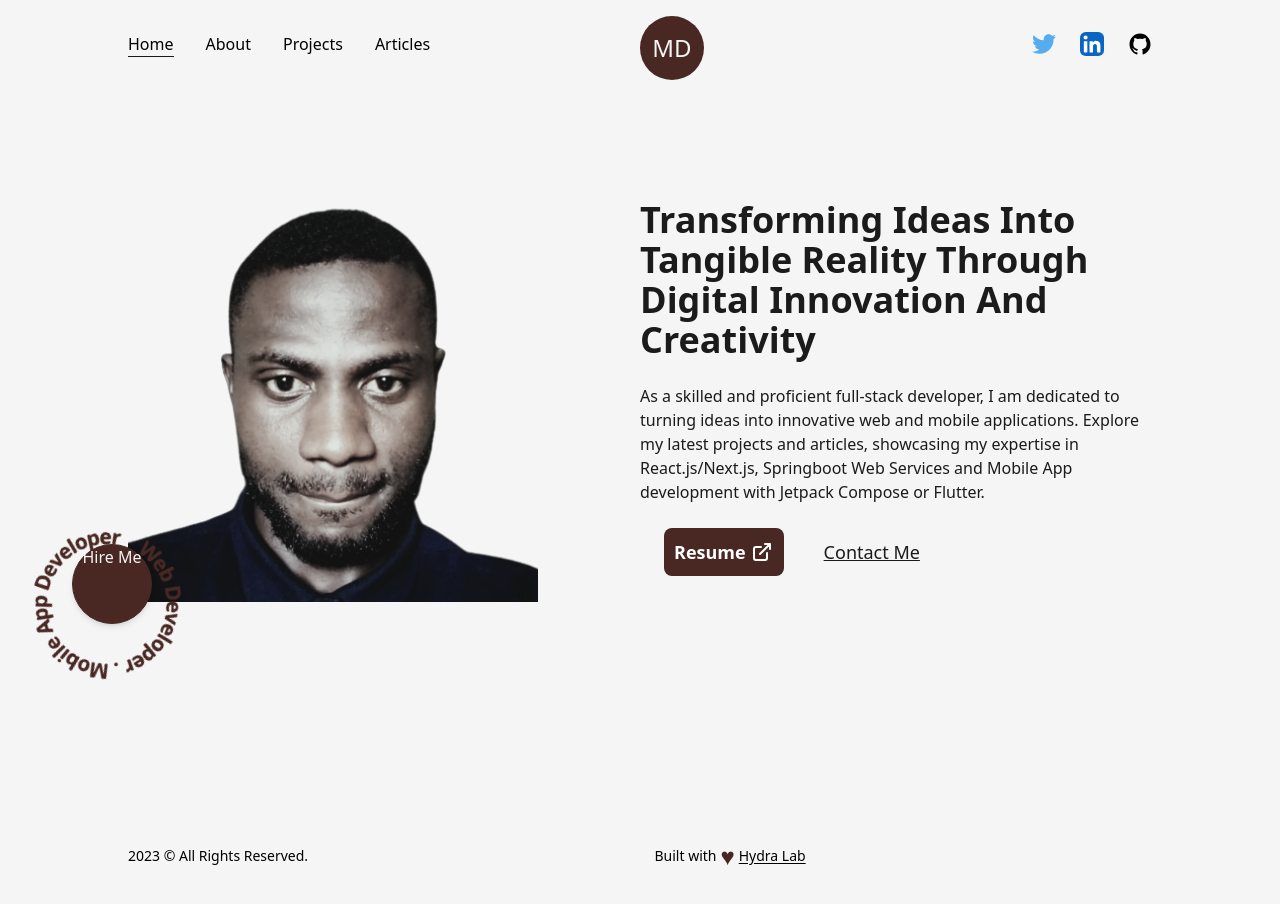
Repository: marcusdashe/situs
Page: /
The author's editor kept a copy of each file at every save. The page is drawn from the files as they stood at one save, then again after the next save.
The browser window is 1280 px wide. The pictures show the whole page.
The project was rebuilt for these pictures with package versions that can differ from the ones it lists, and the page was loaded fresh each time. The framework's server and built-in components were replaced by stand-ins that run in the browser.

Above is the page before, as saved 2023-06-16 18:28:49.

After the next save:
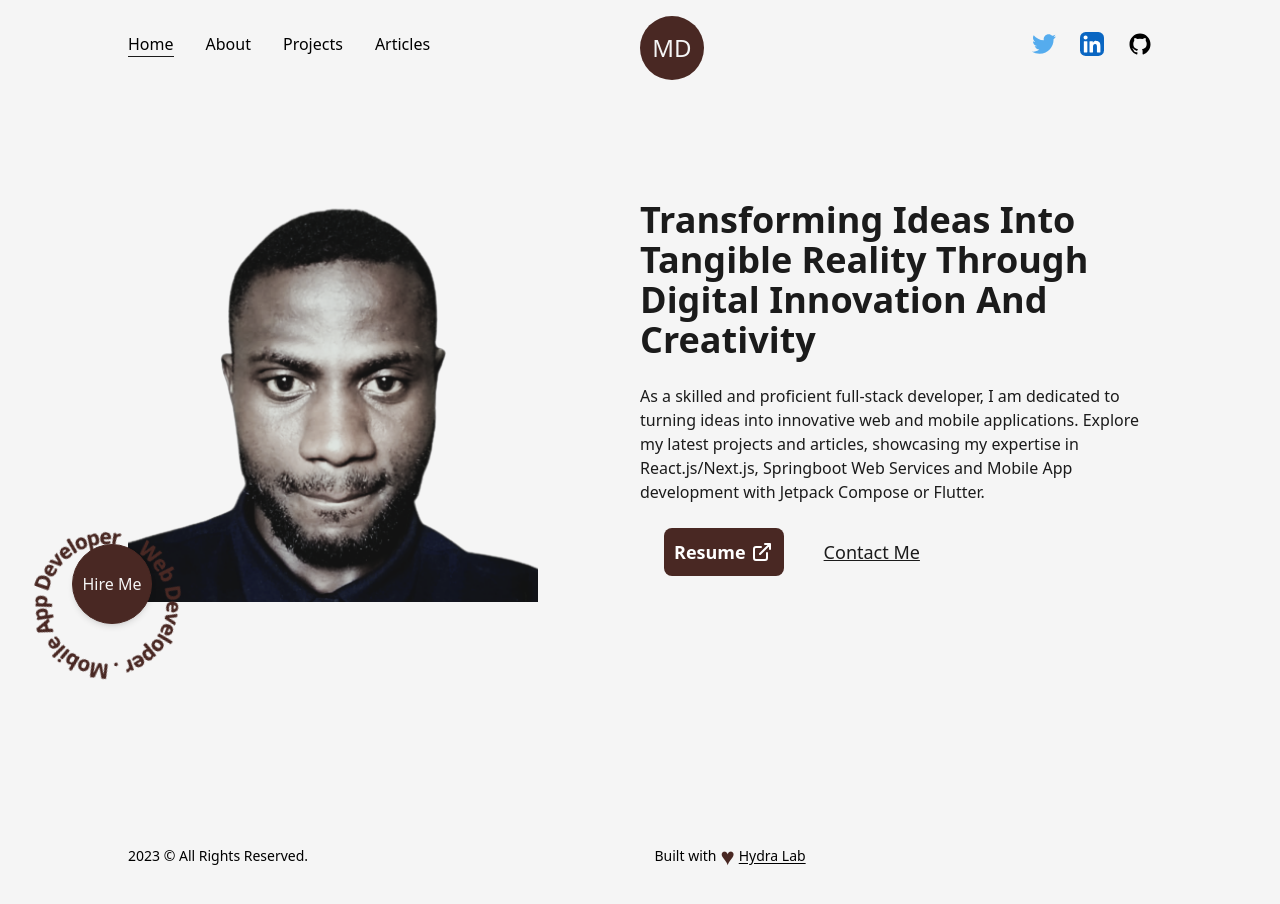
Saved 39 s later.
--- a/src/components/HireMe.jsx
+++ b/src/components/HireMe.jsx
@@ -10,7 +10,7 @@ const HireMe = () => {
 
         <Link
           href="mailto:marcusdashe.developer@gmail.com"
-          className="flex item-center justify-center absolute left-1/2 top-1/2 -translate-x-1/2 -translate-y-1/2 bg-primaryDark text-light shadow-md border border-solid border-primaryDark w-20 h-20 rounded-full"
+          className="flex items-center justify-center absolute left-1/2 top-1/2 -translate-x-1/2 -translate-y-1/2 bg-primaryDark text-light shadow-md border border-solid border-primaryDark w-20 h-20 rounded-full"
         >
           Hire Me
         </Link>
